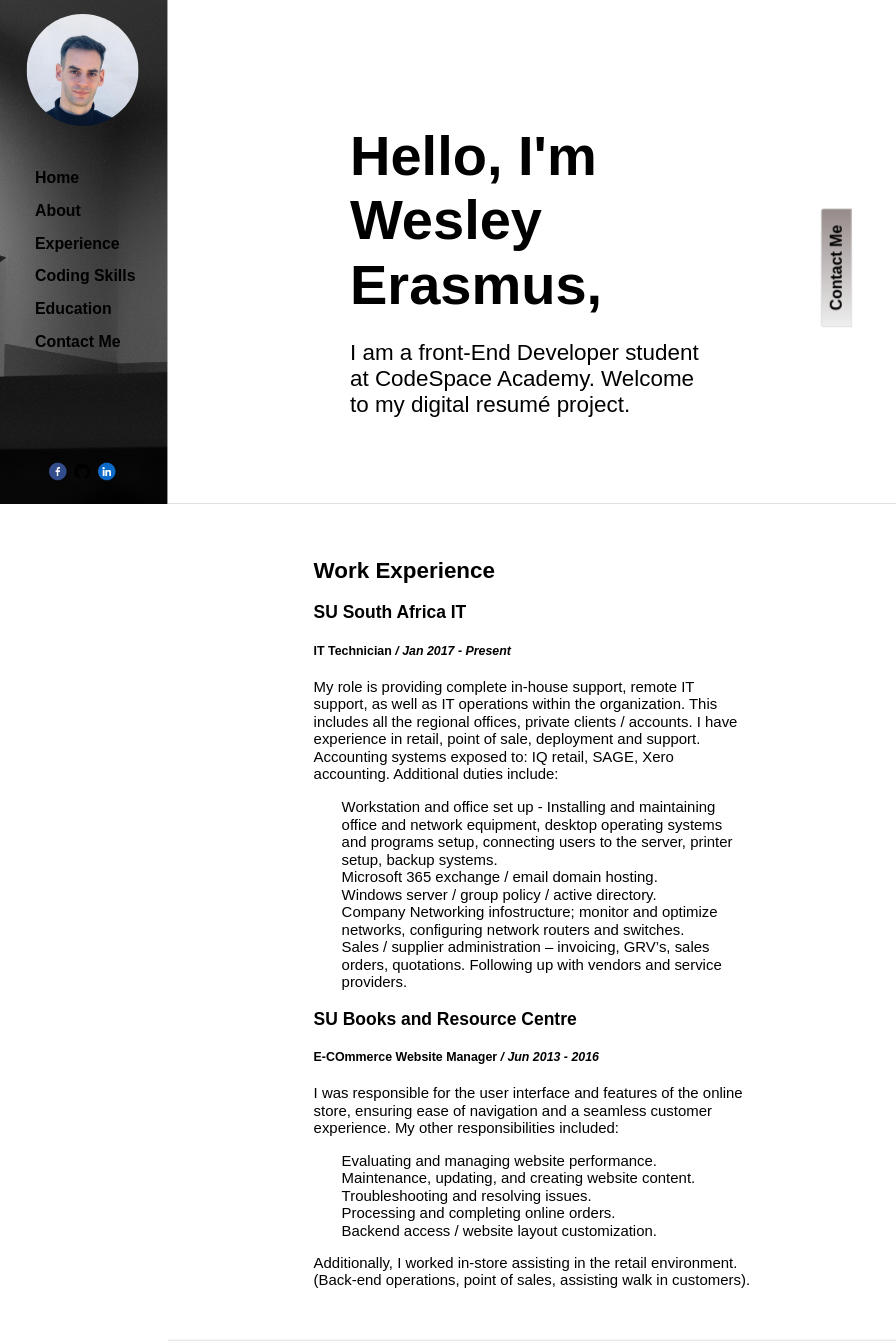
Repository: WesleyErasmus/MyDigitalResume-5
Page: index.html
An editor plug-in stored every save of this project. The page is shown before and after the next save, followed by the edit.
The browser window is 1280 px wide. The pictures show the part of the page from y = 0 to 1920 px (the page is 4520 px tall), at 70% of full size.

Above is the page before, as saved 2022-02-27 11:50:19.

After the next save:
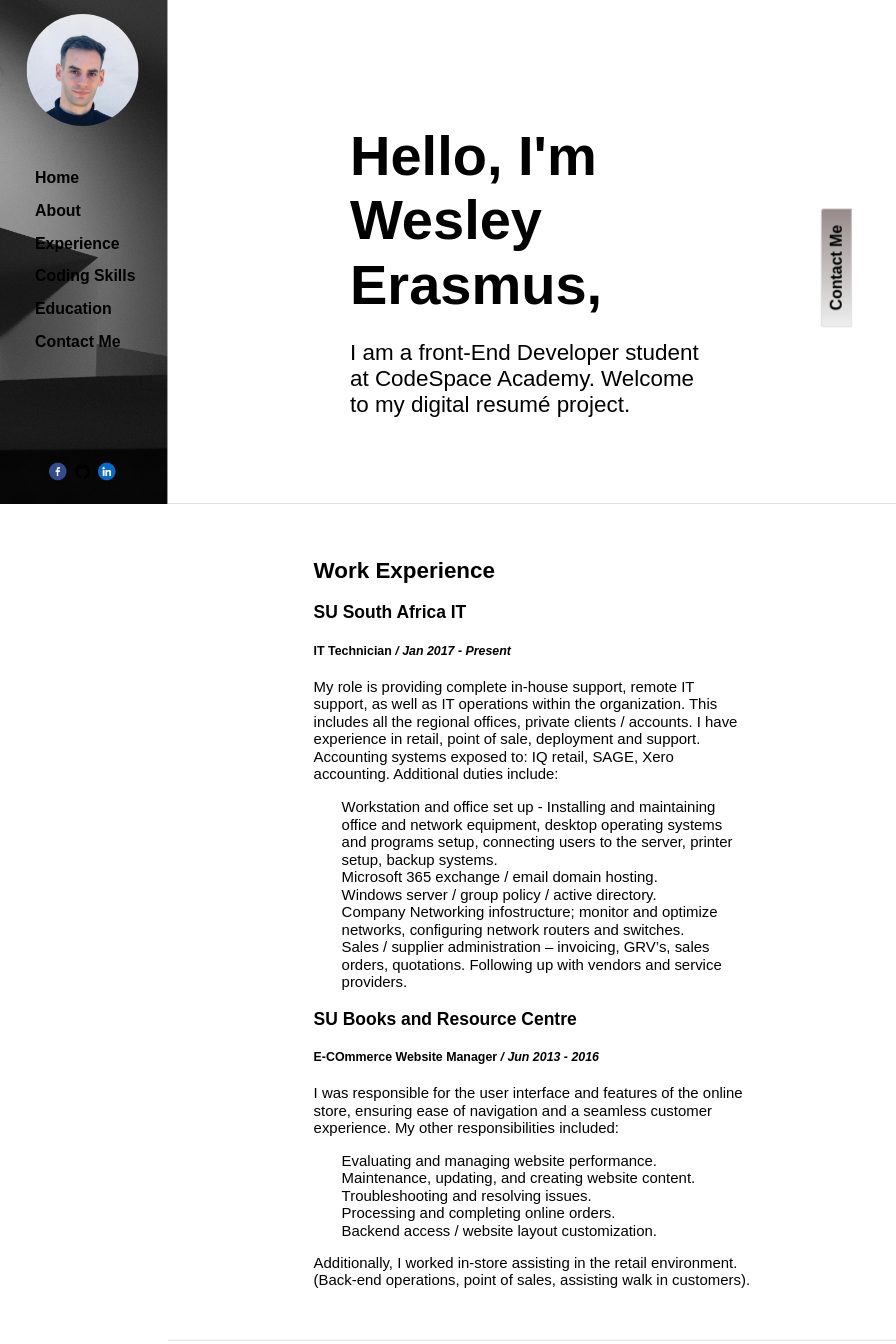
Saved 13 s later.
--- a/stylesheet.css
+++ b/stylesheet.css
@@ -37,7 +37,7 @@ button#contact-me-btn {
 }
 nav {
   background-image: url(/images/article-bg.jpg);
-  background-position: center;
+  /* background-position: center; */
   background-repeat: no-repeat;
   background-size: cover;
   float: left;
